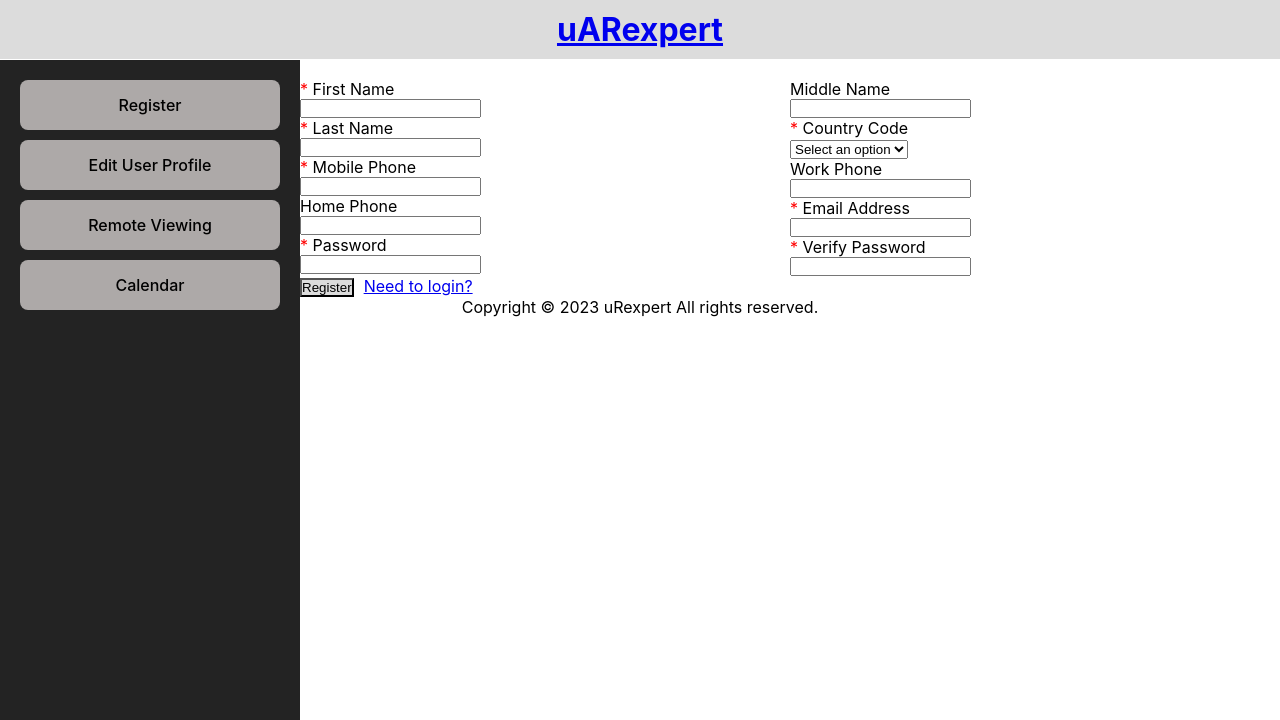
Repository: onionNguyen/Senior-Design-Project
Page: /register (app in frontend/)
An editor plug-in stored every save of this project. The page is shown before and after the next save, followed by the edit.
The browser window is 1280 px wide. The pictures show the whole page.
The page's requests for data from a server got no answer. The project was rebuilt for these pictures with package versions that can differ from the ones it lists, and the page was loaded fresh each time. No one was signed in, and anything a server would have sent is missing. Also part of the build but not shown: frontend/src/components/pages/edit-user-profile/EditProfile.module.css, frontend/src/components/pages/edit-user-profile/EditProfile.js, frontend/src/components/pages/login/Login.module.css, frontend/src/components/pages/login/Login.js, frontend/src/components/pages/home/Home.module.css, frontend/src/components/pages/error/Unauthorized.js, frontend/src/components/pages/home/Home.js, frontend/src/components/pages/error/NotFound.js and 2 more.

Above is the page before, as saved 2023-10-27 03:36:27.

### frontend/src/index.css
* {
  box-sizing: border-box;
  margin: 0;
  padding: 0;
}

body {
  font-family: -apple-system, BlinkMacSystemFont, "Segoe UI", "Roboto", "Oxygen",
    "Ubuntu", "Cantarell", "Fira Sans", "Droid Sans", "Helvetica Neue",
    sans-serif;
  -webkit-font-smoothing: antialiased;
  -moz-osx-font-smoothing: grayscale;
}

code {
  font-family: source-code-pro, Menlo, Monaco, Consolas, "Courier New",
    monospace;
}

### frontend/src/App.js
import { BrowserRouter as Router, Routes, Route } from "react-router-dom";
import EditProfile from "./components/pages/edit-user-profile/EditProfile";
import Login from "./components/pages/login/Login";
import Home from "./components/pages/home/Home";
import Register from "./components/pages/registration/Register";
import { AuthContext } from "./helpers/AuthContext";
import { useState, useEffect } from "react";
import axios from "axios";
import NotFound from "./components/pages/error/NotFound";
import Calendar from "./components/pages/calendar/Calendar";
import RemoteViewing from "./components/pages/remote-viewing/RemoteViewing";

function App() {
  const [authState, setAuthState] = useState({
    id: 0,
    name: "",
    email: "",
    status: false,
  });

  useEffect(() => {
    axios
      .get("http://localhost:5000/auth", {
        headers: {
          accessToken: localStorage.getItem("accessToken"),
        },
      })
      .then((response) => {
        console.log(response.data);
        if (response.data.error) {
          setAuthState({
            ...authState,
            status: false,
          });
        } else {
          setAuthState({
            id: response.data.id,
            name: response.data.name,
            email: response.data.email,
            status: true,
          });
        }
      });
  }, [authState]);

  return (
    <AuthContext.Provider value={{ authState, setAuthState }}>
      <Router>
        <Routes>
          <Route path="/" exact element={<Home />} />
          <Route path="/register" exact element={<Register />} />
          <Route path="/login" exact element={<Login />} />
          <Route path="/profile/edit" exact element={<EditProfile />} />
          <Route path="/calendar" exact element={<Calendar />} />
          <Route path="/remote-viewing" exact element={<RemoteViewing />} />
          <Route path="*" exact element={<NotFound />} />
        </Routes>
      </Router>
    </AuthContext.Provider>
  );
}

export default App;

### frontend/src/components/pages/registration/Register.js
import React, { useState, useEffect } from "react";
import { useNavigate } from "react-router-dom";
import axios from "axios";
import Footer from "../../footer/Footer";
import Header from "../../header/Header";
import SideNav from "../../sidenav/SideNav";
import Input from "../../form/Input";
import styles from "./Register.module.css";
import IndicatesRequired from "../../form/IndicatesRequired";
import MessageRibbon from "../../form/MessageRibbon";

const Register = () => {
  const navigate = useNavigate();

  const [formData, setFormData] = useState({
    first_name: "",
    middle_name: "",
    last_name: "",
    country_name: "",
    mobile_phone: "",
    work_phone: "",
    home_phone: "",
    email: "",
    password: "",
    verify_password: "",
  });

  const [errorMessages, setErrorMessages] = useState([]);

  const [countryCodes, setCountryCodes] = useState([]);

  useEffect(() => {
    axios
      .get("http://localhost:5000/countries")
      .then((response) => {
        setCountryCodes(response.data.countries);
      })
      .catch((error) => {
        console.error("Error fetching country codes:", error);
      });
  }, []);

  const handleInputChange = (event) => {
    const { name, value } = event.target;
    console.log(value);
    setFormData({ ...formData, [name]: value });
  };

  const isValidEmail = (email) => {
    const emailPattern = /^[a-zA-Z0-9._%+-]+@[a-zA-Z0-9.-]+\.[a-zA-Z]{2,}$/;
    return emailPattern.test(email);
  };

  const isValidPhoneNumber = (phoneNumber) => {
    const phonePattern = /^[0-9]{10}$/;
    return phonePattern.test(phoneNumber);
  };

  const handleSubmit = (event) => {
    event.preventDefault();
    console.log(formData);

    const errors = [];

    const fieldToLablesMap = {
      first_name: "First name",
      middle_name: "Middle name",
      last_name: "Last name",
      country_name: "Country code",
      mobile_phone: "Mobile phone",
      work_phone: "Work phone",
      home_phone: "Home phone",
      email: "Email address",
      password: "Password",
      verify_password: "Verify password",
    };

    // Validation for required fields
    const requiredFields = [
      "first_name",
      "last_name",
      "country_name",
      "mobile_phone",
      "email",
      "password",
      "verify_password",
    ];

    requiredFields.forEach((field) => {
      if (!formData[field]) {
        errors.push(`${fieldToLablesMap[field]} is required.`);
      }
    });

    // Validation for field lengths
    const fieldsToCheckLength = [
      "first_name",
      "middle_name",
      "last_name",
      "email",
      "password",
      "verify_password",
    ];
    fieldsToCheckLength.forEach((field) => {
      if (formData[field] && formData[field].length > 50) {
        errors.push(
          `${fieldToLablesMap[field]} must be 50 characters or less.`
        );
      }
    });

    // Validation for phone numbers (mobile, work, home)
    const phoneFields = ["mobile_phone", "work_phone", "home_phone"];
    phoneFields.forEach((field) => {
      if (
        formData[field] &&
        (formData[field].length > 10 || !isValidPhoneNumber(formData[field]))
      ) {
        errors.push(
          `${fieldToLablesMap[field]} must be 10 characters or less and valid.`
        );
      }
    });

    // Validation for email
    if (formData.email && !isValidEmail(formData.email)) {
      errors.push("Invalid email address.");
    }

    // Validation for password and verify_password
    if (formData.password !== formData.verify_password) {
      errors.push("Passwords do not match.");
    }

    console.log(errors);
    if (errors.length === 0) {
      axios
        .post("http://localhost:5000/register", formData)
        .then((response) => {
          console.log(response.data);
          navigate("/login");
        })
        .catch((error) => {
          console.error("Error registering user:", error);
        });
      setErrorMessages([]);
      setFormData({
        first_name: "",
        middle_name: "",
        last_name: "",
        country_name: "",
        mobile_phone: "",
        work_phone: "",
        home_phone: "",
        email: "",
        password: "",
        verify_password: "",
      });
    } else {
      setErrorMessages(errors);
    }
  };

  return (
    <div>
      <Header />
       <SideNav />
      <MessageRibbon messageList={errorMessages} />
      <IndicatesRequired />
      <form onSubmit={handleSubmit} noValidate>
        <div className={styles["form-container"]}>
          <div className={styles["form-sub-container"]}>
            <Input
              label={"First Name"}
              type={"text"}
              name={"first_name"}
              value={formData.first_name}
              onChange={handleInputChange}
              required={true}
            />
            <Input
              label={"Last Name"}
              type={"text"}
              name={"last_name"}
              value={formData.last_name}
              onChange={handleInputChange}
              required={true}
            />
            <Input
              label={"Mobile Phone"}
              type={"text"}
              name={"mobile_phone"}
              value={formData.mobile_phone}
              onChange={handleInputChange}
              required={true}
            />
            <Input
              label={"Home Phone"}
              type={"text"}
              name={"home_phone"}
              value={formData.home_phone}
              onChange={handleInputChange}
              required={false}
            />
            <Input
              label={"Password"}
              type={"password"}
              name={"password"}
              value={formData.password}
              onChange={handleInputChange}
              required={true}
            />
          </div>
          <div className={styles["form-sub-container"]}>
            <Input
              label={"Middle Name"}
              type={"text"}
              name={"middle_name"}
              value={formData.middle_name}
              onChange={handleInputChange}
              required={false}
            />
            <Input
              label={"Country Code"}
              type={"select"}
              name={"country_name"}
              value={formData.country_name}
              onChange={handleInputChange}
              required={true}
              countryCodes={countryCodes}
            />
            <Input
              label={"Work Phone"}
              type={"text"}
              name={"work_phone"}
              value={formData.work_phone}
              onChange={handleInputChange}
              required={false}
            />
            <Input
              label={"Email Address"}
              type={"email"}
              name={"email"}
              value={formData.email}
              onChange={handleInputChange}
              required={true}
            />
            <Input
              label={"Verify Password"}
              type={"password"}
              name={"verify_password"}
              value={formData.verify_password}
              onChange={handleInputChange}
              required={true}
            />
          </div>
        </div>
        <div className={styles["button-ribbon"]}>
          <button>Register</button>
          <a href="http://localhost:3000/login">Need to login?</a>
        </div>
      </form>
      <Footer />
    </div>
  );
};

export default Register;

### frontend/src/components/footer/Footer.js
import React from "react";
import styles from "./Footer.module.css";

const Footer = () => {
  return (
    <div className={styles["footer"]}>
      <p>Copyright &copy; 2023 uRexpert All rights reserved.</p>
    </div>
  );
};

export default Footer;

### frontend/src/components/header/Header.js
import React from "react";
import styles from "./Header.module.css";
import { useContext } from "react";
import { AuthContext } from "../../helpers/AuthContext";
import { useNavigate, Link } from "react-router-dom";

const Header = () => {
  const { authState, setAuthState } = useContext(AuthContext);
  const navigate = useNavigate();

  const logout = () => {
    localStorage.removeItem("accessToken");
    setAuthState({
      id: 0,
      name: "",
      email: "",
      status: false,
    });
    navigate("/login");
  };

  return (
    <div className={styles["header"]}>
      <Link to="/">
        <h1>uARexpert</h1>
      </Link>
      {authState.status && <h2>{authState.name}</h2>}
      {authState.status && <button onClick={logout}>Logout</button>}
    </div>
  );
};

export default Header;

### frontend/src/components/sidenav/SideNav.js
import React from "react";
import styles from "./SideNav.module.css";
import { Link } from 'react-router-dom';

const SideNav = (props) => {
  return (
    <div className={styles.sidenav}>
      <ul className={styles.listGroup}>
        <li className={styles.listItem}>
          <Link to="/register">Register</Link>
        </li>
        <li className={styles.listItem}>
          <Link to="/profile/edit">Edit User Profile</Link>
        </li>
        <li className={styles.listItem}>
          <Link to="/remote-viewing">Remote Viewing</Link>
        </li>
        <li className={styles.listItem}>
          <Link to="/calendar">Calendar</Link>
        </li>
      </ul>
    </div>
  );
};

export default SideNav;

### frontend/src/components/form/Input.js
import React from "react";
import styles from "./Form.module.css";

const Input = ({
  label,
  type,
  name,
  value,
  onChange,
  required,
  countryCodes,
}) => {
  return (
    <>
      <label className={styles["display-block"]} htmlFor={name}>
        {required && <span className={styles["required"]}>* </span>}
        {label}
      </label>
      {type === "select" && (
        <select
          name={name}
          id={name}
          value={value}
          onChange={(e) => onChange(e)}
          required={required}
        >
          <option value="" disabled hidden>
            Select an option
          </option>
          {countryCodes.map((countryCode, index) => (
            <option key={index} value={countryCode.name}>
              {countryCode.name} ({countryCode.code})
            </option>
          ))}
        </select>
      )}
      {(type === "text" || type === "email" || type === "password") && (
        <input
          className={styles["display-block"]}
          type={type}
          name={name}
          id={name}
          value={value}
          onChange={(e) => onChange(e)}
          required={required}
        />
      )}
    </>
  );
};

export default Input;

### frontend/src/components/form/IndicatesRequired.js
import React from "react";
import styles from "./Form.module.css";

const IndicatesRequired = () => {
  return (
    <div>
      <span className={styles["required"]}>* </span>
      <span>Indicates Required</span>
    </div>
  );
};

export default IndicatesRequired;

### frontend/src/components/form/MessageRibbon.js
import React from "react";

const MessageRibbon = ({ messageList }) => {
  return (
    <>
      <ul>
        {messageList.map((message, index) => {
          return <li key={index}>{message}</li>;
        })}
      </ul>
    </>
  );
};

export default MessageRibbon;

### frontend/src/components/pages/registration/Register.module.css
.form-container {
  display: flex;
  margin-left: 300px; /* equal to the width of the sidenav to avoid overlap */
  position: relative;
  z-index: 2;
}

.form-sub-container {
  width: 50%;
}

.button-ribbon button:not(:last-child) {
  background-color: gainsboro;
  margin-left: 300px;
  margin-right: 10px;
}

### frontend/src/components/header/Header.module.css
.header {
  display: flex;
  justify-content: center;
  align-items: center;
  background-color: gainsboro;
  padding: 10px 20px;
}

.left-aligned {
  display: flex;
  align-items: center;
}

#logo img {
  margin-right: 15px; /* Adjust as needed */
}

### frontend/src/components/sidenav/SideNav.module.css
.sidenav {
  height: calc(100vh - 60px);
  width: 300px; /* Fixed width to ensure uniform look across different screens */
  max-width: 80%; /* Ensure it doesn't consume too much space on smaller screens */
  z-index: 1;
  top: 60px;
  left: 0;
  background-color: #232323; /* Darker color for contrast */
  transition: 0.5s ease;
  overflow-x: hidden;
  padding: 20px;
  display: flex;
  flex-direction: column;
  align-items: center;
  position: fixed;
  overflow-y: auto;
}

.listGroup {
  width: 100%;
  list-style-type: none;
  padding: 0;
}

.listItem {
  width: 100%;
  padding: 15px 10px;
  text-align: center;
  margin-bottom: 10px;
  border-radius: 8px; /* Added border radius */
  background-color: #ada9a8;
  transition: background-color 0.3s ease; /* Transition effect for hover */
}

.listItem:hover {
  background-color: #7a7675; /* Change color on hover */
}

.listItem a {
  text-decoration: none;
  color: black; /* Ensure text is black, change as per your preference */
  font-weight: 500; /* Slightly bolder font */
  transition: color 0.3s ease; /* Transition effect for hover */
}

.listItem a:hover {
  color: white; /* Change color on hover */
}

### frontend/src/components/form/Form.module.css
.display-block {
  display: block;
}

.required {
  color: red;
}

Loaded but not shown: frontend/public/index.html (common file); frontend/src/index.js (common file); frontend/src/reportWebVitals.js (common file); frontend/src/helpers/AuthContext.js (common file); frontend/src/components/footer/Footer.module.css (common file)

After the next save:
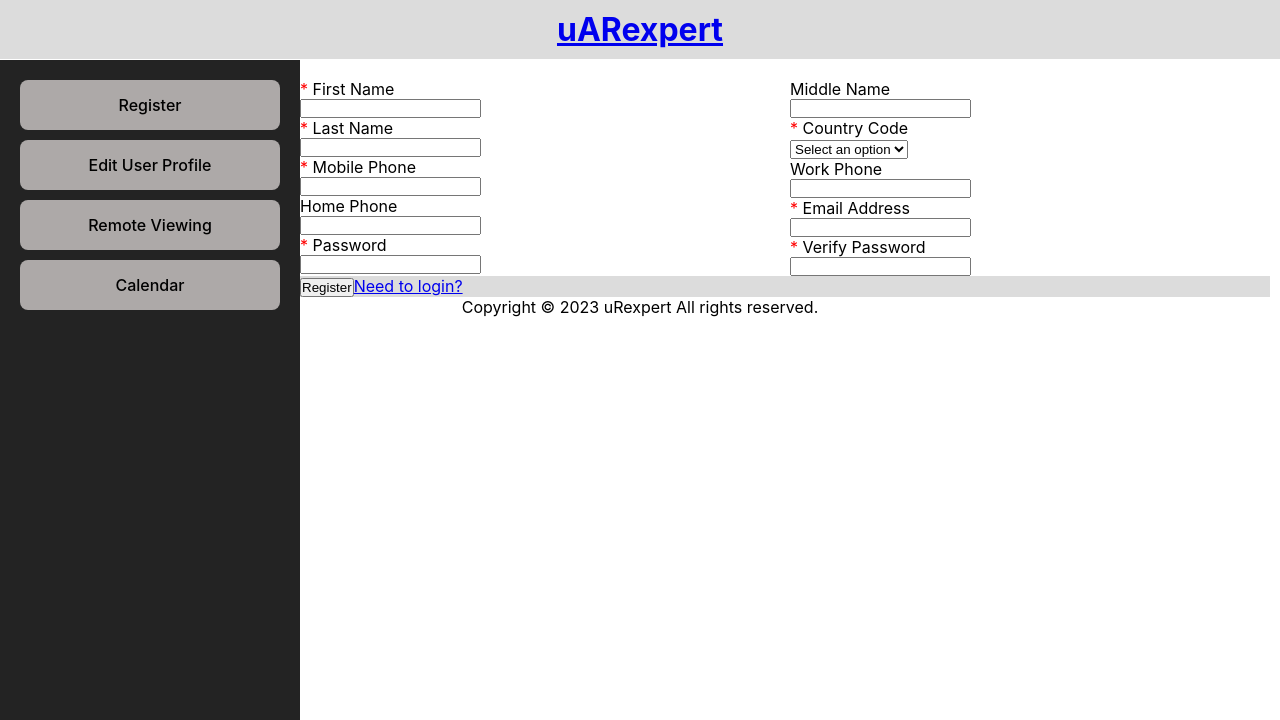
Saved 1 s later.
--- a/frontend/src/components/pages/registration/Register.module.css
+++ b/frontend/src/components/pages/registration/Register.module.css
@@ -9,7 +9,7 @@
   width: 50%;
 }
 
-.button-ribbon button:not(:last-child) {
+.button-ribbon {
   background-color: gainsboro;
   margin-left: 300px;
   margin-right: 10px;
